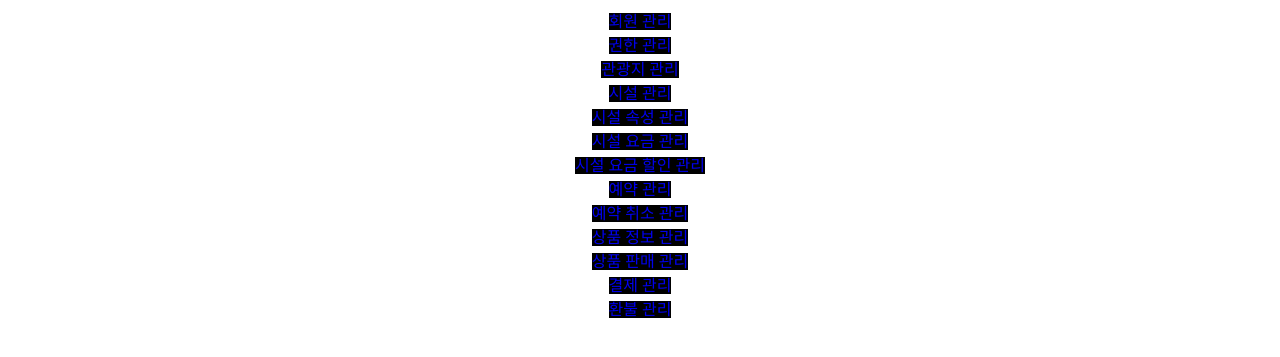
Repository: psyoongsc/SogongDo_Facility
Page: http://localhost/SogongDo_Management_System/
The author's editor kept a copy of each file at every save. The page is drawn from the files as they stood at one save, then again after the next save.
The browser window is 1280 px wide. The pictures show the whole page.
The page is served by Tomcat 9. Nobody is signed in. The application's start-up code is not run.

Above is the page before, as saved 2020-06-25 14:30:38.

After the next save:
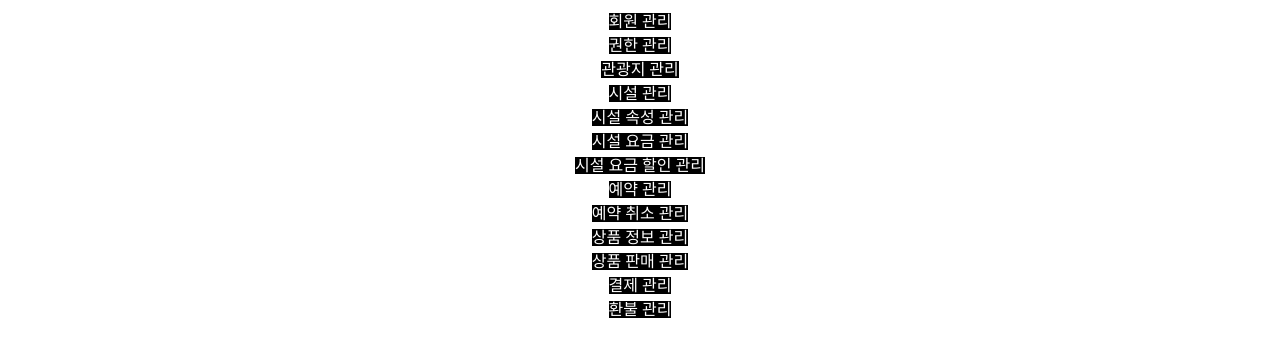
Saved 21 s later.
--- a/SogongDo_Management_System/WebContent/index.jsp
+++ b/SogongDo_Management_System/WebContent/index.jsp
@@ -13,10 +13,10 @@ a {
 }
 
 a:link {
-	text-color: white;
+	color: white;
 }
 a:visited {
-	text-color: white;
+	color: white;
 }
 
 .container {
